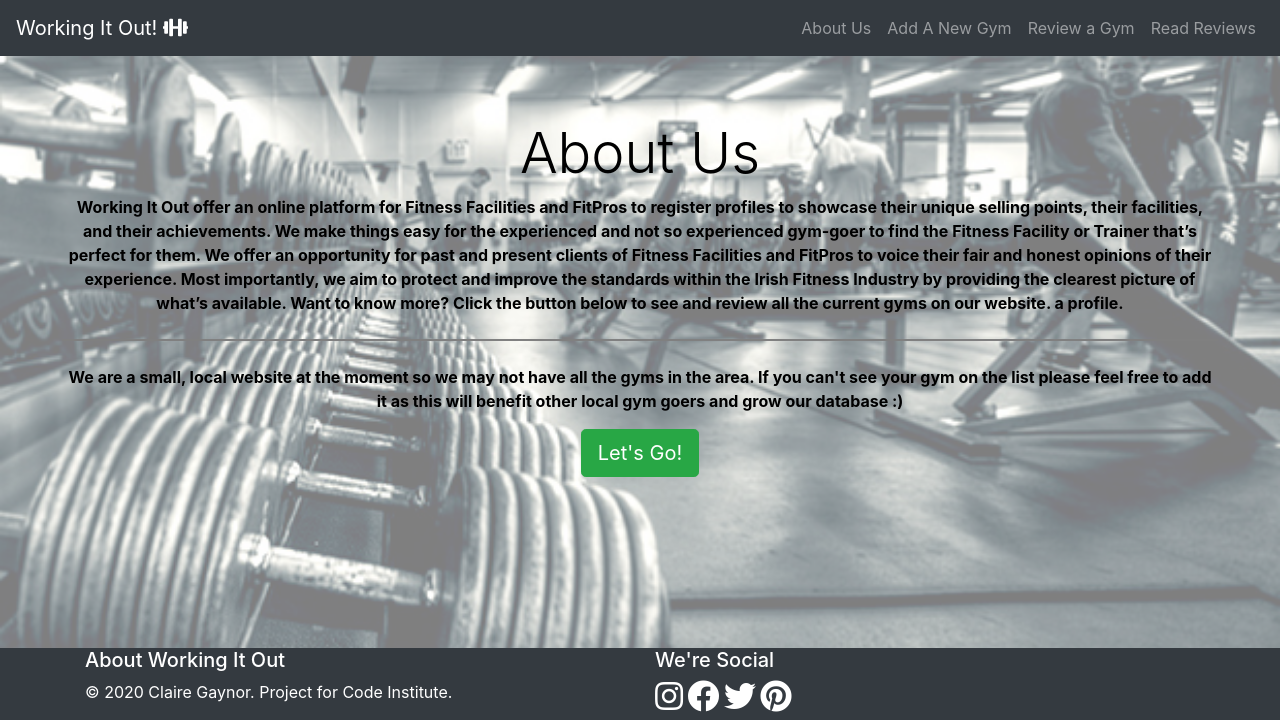
Repository: cgaynor91/Working_It_Out
Page: http://localhost/about
The author's editor kept a record of every edit. The page is drawn from the files as they stood at one moment, then again after the next edit.
The browser window is 1280 px wide. The pictures show the whole page.
Some web libraries are served in a nearby version. The page is served by the project's application, run on Flask 3 (app.py).

Above is the page before.

### templates/about.html
{% extends 'base.html' %} {% block content %}

<div class="container-fluid">

    <div class="conatiner justify-content-center">
        <div class="col-12 col-md-8 jumbo-text">
            <div class="jumbotron">
                <h1 class="display-4">About Us</h1>
                <p></b>Working It Out offer an online platform for Fitness Facilities and FitPros to register profiles to showcase their unique selling points, their facilities, and their achievements. We make things easy for the experienced and not so experienced
                    gym-goer to find the Fitness Facility or Trainer that’s perfect for them. We offer an opportunity for past and present clients of Fitness Facilities and FitPros to voice their fair and honest opinions of their experience. Most importantly,
                    we aim to protect and improve the standards within the Irish Fitness Industry by providing the clearest picture of what’s available. Want to know more? Click the button below to see and review all the current gyms on our website.
                    a profile.</p>
                <hr class="my-4">
                <p>We are a small, local website at the moment so we may not have all the gyms in the area. If you can't see your gym on the list please feel free to add it as this will benefit other local gym goers and grow our database :)</p>
                <a class="btn btn-success btn-lg" href="{{url_for('get_gyms')}}" role="button">Let's Go!</a>
            </div>
        </div>
    </div>
</div>

{% endblock %}

### templates/base.html
<!DOCTYPE html>
<html>

<head>
    <link rel="stylesheet" href="https://stackpath.bootstrapcdn.com/bootstrap/4.4.1/css/bootstrap.min.css">
    <link rel="stylesheet" href="https://cdnjs.cloudflare.com/ajax/libs/font-awesome/5.12.0/css/all.min.css" />
    <link rel="stylesheet" href="{{ url_for('static', filename='css/style.css') }}" type="text/css" />
    <title>Working It Out!</title>
</head>

<body>
    <header>
        <!-- Navbar taken from Bootstrap -->
        <nav class="navbar navbar-expand-md navbar-dark bg-dark home-logo-text">
            <a class="navbar-brand" href="{{url_for('get_gyms')}}">Working It Out! <i
                    class="fas fa-dumbbell"></i></a>
            <button class="navbar-toggler" type="button" data-toggle="collapse" data-target="#navbarNavAltMarkup" aria-controls="navbarNavAltMarkup" aria-expanded="false" aria-label="Toggle navigation">
                <span class="navbar-toggler-icon"></span>
            </button>
            <div class="collapse navbar-collapse" id="navbarNavAltMarkup">
                <div class="navbar-nav ml-auto">
                    <a class="nav-item nav-link" href="{{url_for('about')}}">About Us</a>
                    <a class="nav-item nav-link" href="{{url_for('add_new_gym')}}">Add A New Gym</a>
                    <a class="nav-item nav-link" href="{{url_for('gym_review')}}">Review a Gym</a>
                    <a class="nav-item nav-link" href="{{url_for('read_review')}}">Read Reviews</a>


                </div>
            </div>

        </nav>
    </header>

    <!-- Background image -->
    <div class="container-fluid bg"></div>


    {% block content %} {% endblock %}

    <!--Footer-->
    <footer class="fixed-bottom">
        <div class="container">
            <div class="row">
                <div class="col l6 s12">
                    <h5>About Working It Out</h5>
                    <p> © 2020 Claire Gaynor. Project for Code Institute.</p>
                </div>
                <div class="col l4 offset-l2 s12">
                    <h5>We're Social</h5>
                    <a href="https://www.instagram.com/" target="_blank"><i class="fab fa-instagram fa-2x" style="color:white"></i></a>
                    <a href="https://www.facebook.com/" target="_blank"><i class="fab fa-facebook fa-2x" style="color:white"></i></a>
                    <a href="https://www.twitter.com/" target="_blank"><i class="fab fa-twitter fa-2x" style="color:white"></i>
                    <a href="https://www.pinterest.com/" target="_blank"><i class="fab fa-pinterest fa-2x" style="color:white"></i></a>
                </div>
            </div>
        </div>
    </footer>



    <script src="https://code.jquery.com/jquery-3.4.1.slim.min.js"></script>
    <script src="https://cdn.jsdelivr.net/npm/popper.js@1.16.0/dist/umd/popper.min.js"></script>
    <script src="https://stackpath.bootstrapcdn.com/bootstrap/4.4.1/js/bootstrap.min.js"></script>
</body>

</html>

### app.py
import os
from flask import Flask, render_template, redirect, request, url_for
from flask_pymongo import PyMongo
from bson.objectid import ObjectId

app = Flask(__name__)
app.config["MONGO_DBNAME"] = 'working_it_out'
app.config["MONGO_URI"] = os.getenv('MONGO_URI')

mongo = PyMongo(app)


@app.route('/')
@app.route('/get_gyms')
def get_gyms():
    return render_template("home.html", gyms=mongo.db.gyms.find())

@app.route("/about")
def about():
    return render_template("about.html")


@app.route("/add_new_gym")
def add_new_gym():
    return render_template("add_gym.html")

# Sends the data that the user inserts to the database

@app.route("/insert_gym", methods=['POST'])
def insert_gym():
    gym = mongo.db.gyms
    gym.insert_one(request.form.to_dict())
    return redirect(url_for('get_gyms'))


# Allows user to update information about a gym

@app.route("/edit_gym/<gym_id>")
def edit_gym(gym_id):
    the_gym = mongo.db.gyms.find_one({"_id": ObjectId(gym_id)})
    return render_template("update_gym.html", gym=the_gym)

@app.route("/update_gym/<gym_id>", methods=["POST"])
def update_gym(gym_id):
    gym = mongo.db.gyms
    gym.update({'_id': ObjectId(gym_id)}, {
        'gym_name' : request.form.get('gym_name'),
        'status' : request.form.get('gym_type'),
        'address' : request.form.get('gym_address'),
        'cost' : request.form.get('cost'),
        'gym_url' : request.form.get('gym_url')
    })
    return redirect(url_for('get_gyms'))

# Delete option for a user if they wish to delete a review they wrote or delete a review written by someone else that may be incorrect

@app.route("/delete_gym/<gym_id>")
def delete_gym(gym_id):
    mongo.db.gyms.remove({'_id': ObjectId(gym_id)})
    return redirect(url_for('get_gyms'))

@app.route("/leave_review")
def gym_review():
    return render_template("gym_review.html", gyms=mongo.db.gyms.find())

# Sends the data that the user inserts to the database

@app.route("/gym_review", methods=['POST'])
def insert_review():
    review = mongo.db.reviews
    review.insert_one(request.form.to_dict())
    return redirect(url_for('gym_review'))


@app.route("/read_review")
def read_review():
    return render_template("read_reviews.html", reviews=mongo.db.reviews.find())

if __name__ == '__main__':
    app.run(host=os.environ.get('IP'),
            port=int(os.environ.get('PORT')),
            debug=True)

### static/css/style.css
.body {
    min-height: 100%;
}

.container-fluid {
    text-align: center;
}


.container-fluid_reviews {
    text-align: left;
}

.display-3 {
    font-size: 6rem;
    font-weight: 300;
    line-height: 1.2;
    margin-bottom: 5rem;
}

hr {
    border: 1px solid grey;
}

.welcome-para {
    margin-top: 0px;
    margin-bottom: 3rem;
}

.col-12 {
    -ms-flex: 0 0 100%;
    flex: 0 0 100%;
    max-width: 100%;
}

.bg {
    background-image: url(../images/bg-image.png);
    background-size: cover;
    height: 100%;
    overflow: hidden;
    position: fixed;
    width: 100%;
    opacity: 0.5;
    z-index: -1;
}

.jumbotron {
    background-color: transparent;
    margin-bottom: 0px;
}

.jumbo-text {
    color: #000;
    font-weight: bolder;
}

.btn-home {
    font-weight: bold;
    min-width: 250px;
}

.table td,
.table th {
    padding: .75rem;
    vertical-align: top;
    border-top: 1px solid #dee2e6;
    font-weight: bolder;
}




.fixed-bottom {
    background-color: #343a40;
    color: #fff;
}




/*

After the next edit:
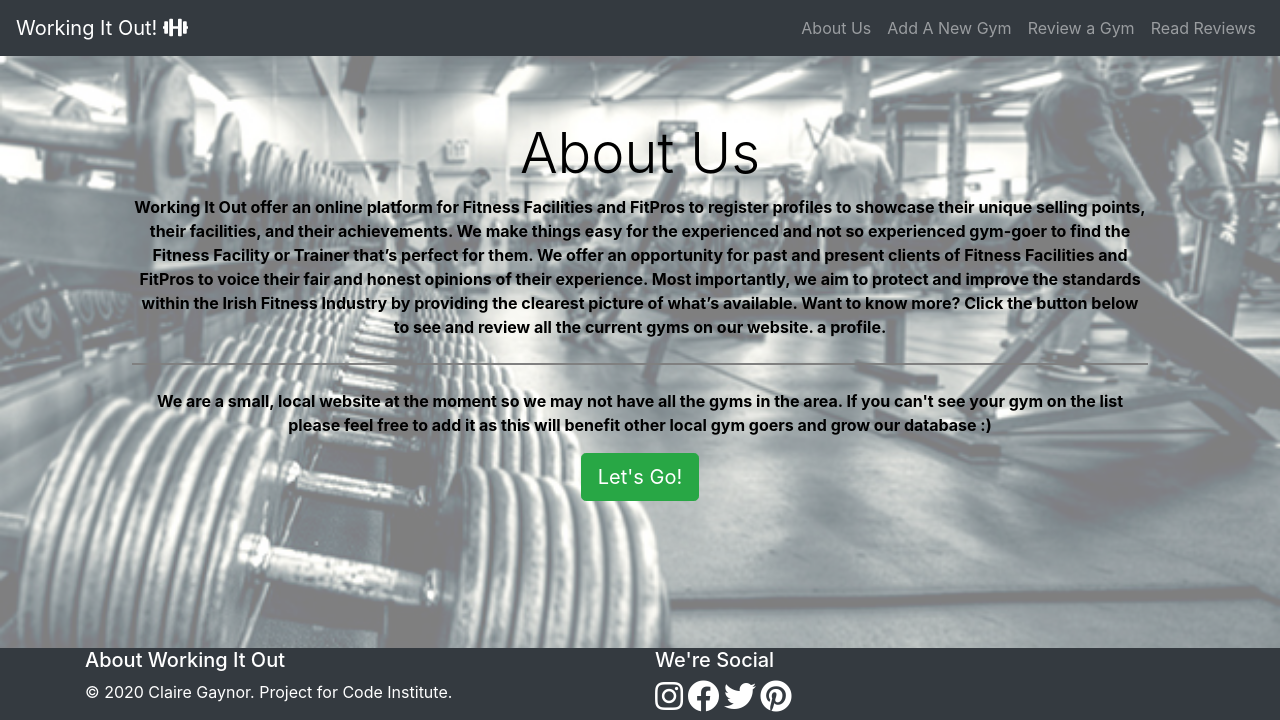
The edit:
--- a/templates/about.html
+++ b/templates/about.html
@@ -2,7 +2,7 @@
 
 <div class="container-fluid">
 
-    <div class="conatiner justify-content-center">
+    <div class="container justify-content-center">
         <div class="col-12 col-md-8 jumbo-text">
             <div class="jumbotron">
                 <h1 class="display-4">About Us</h1>
